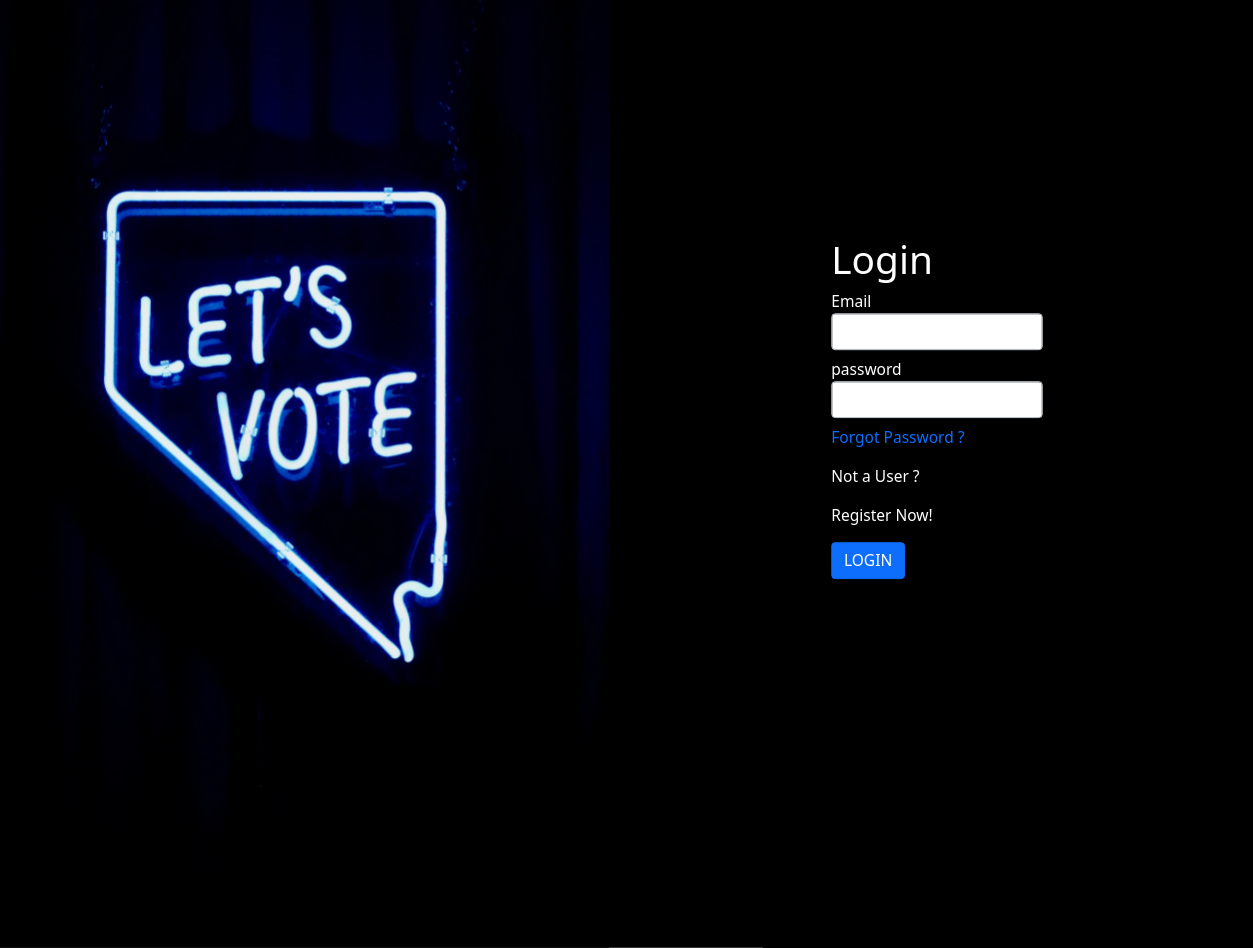
Repository: DavidManiIbrahim/Voting-app
Page: Login.html
An editor plug-in stored every save of this project. The page is shown before and after the next save, followed by the edit.
The browser window is 1280 px wide. The page is 1292 px wide, so the pictures cover 1292 px, including what lies to the right of the window. The pictures show the whole page, at 97% of full size.

Above is the page before, as saved 2025-01-18 07:11:03.

### Login.html
<!DOCTYPE html>
<html lang="en">
<head>
    <meta charset="UTF-8">
    <meta name="viewport" content="width=device-width, initial-scale=1.0">
    <title>Login Page</title>
    <link rel="stylesheet" href="./bootstrap.css">
</head>
<body>

<style>
    form{
        position: relative;
        top: 20%;
    }
    .hero{
        background: #000;
    }
</style>

<div class="row hero">
    <div class="col-md  container-fluid">
        <img src="./unsplash_LA1VawaCjjI.svg" alt="login image" class=" img-fluid" width="100%">
    </div>
    <div class="col-md text-white align-items-center">
        <form action="" class="w-50 p-5 m-auto ">
            <h1>Login</h1>
            <label for="email" class="form-label">Email  <br>
                <input class="form-control" type="text">
            </label> <br>
            <label class="form-label"" for="password">password  <br>
                <input class="form-control" type="password" class="form-text">
            </label> <br>
            <p class="text-primary">Forgot Password ?</spa> <br>
            <p>Not a User ?</p>
            <p>Register Now!</p>
            <button class="btn btn-primary">LOGIN</button>
        </form>
    </div>
</div>








<script src="./bootstrap.min.js"></script>
</body>
</html>

Loaded but not shown: bootstrap.css (library); bootstrap.min.js (library)

After the next save:
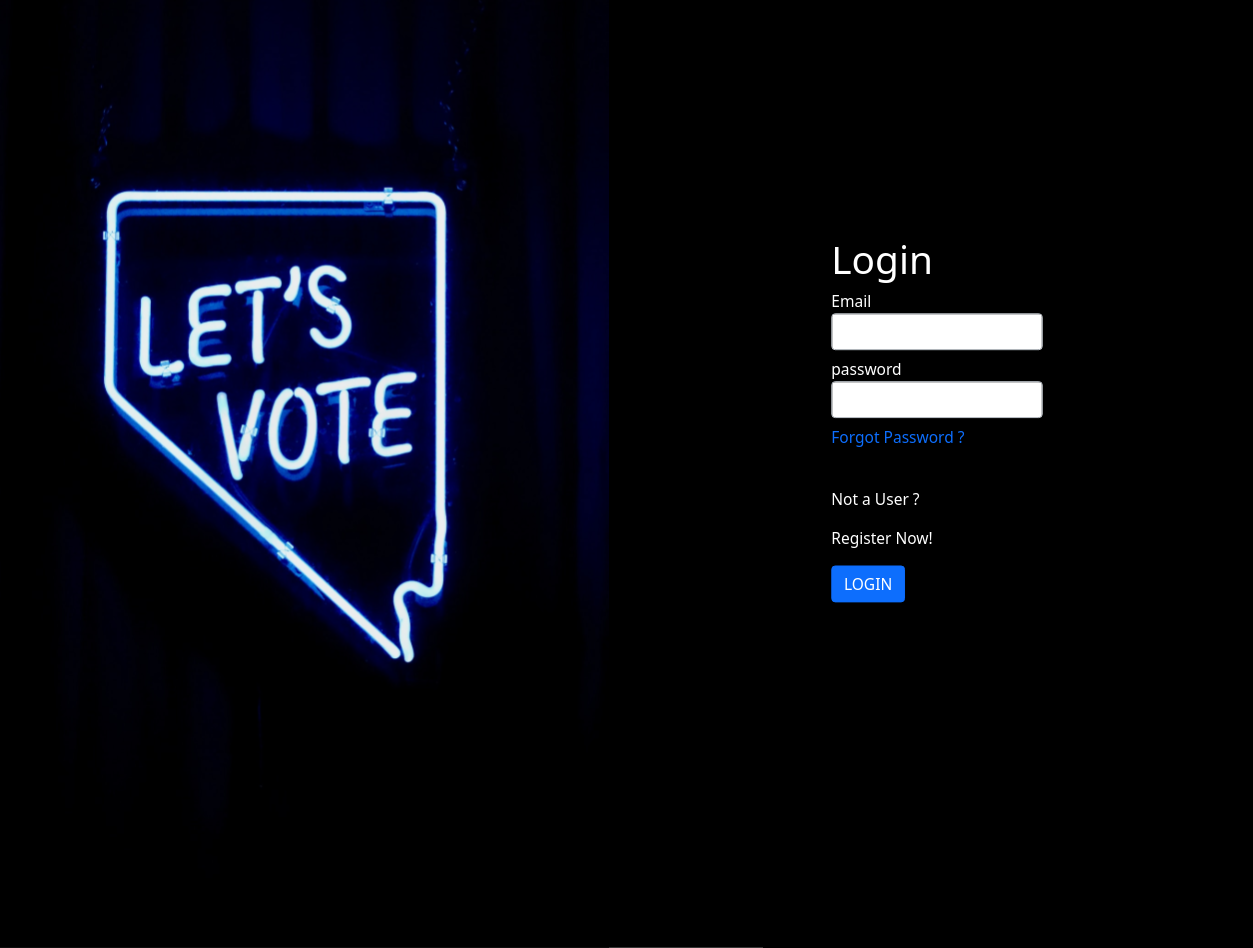
Saved 6 s later.
--- a/Login.html
+++ b/Login.html
@@ -31,7 +31,7 @@
             <label class="form-label"" for="password">password  <br>
                 <input class="form-control" type="password" class="form-text">
             </label> <br>
-            <p class="text-primary">Forgot Password ?</spa> <br>
+            <p class="text-primary">Forgot Password ?</p> <br>
             <p>Not a User ?</p>
             <p>Register Now!</p>
             <button class="btn btn-primary">LOGIN</button>
